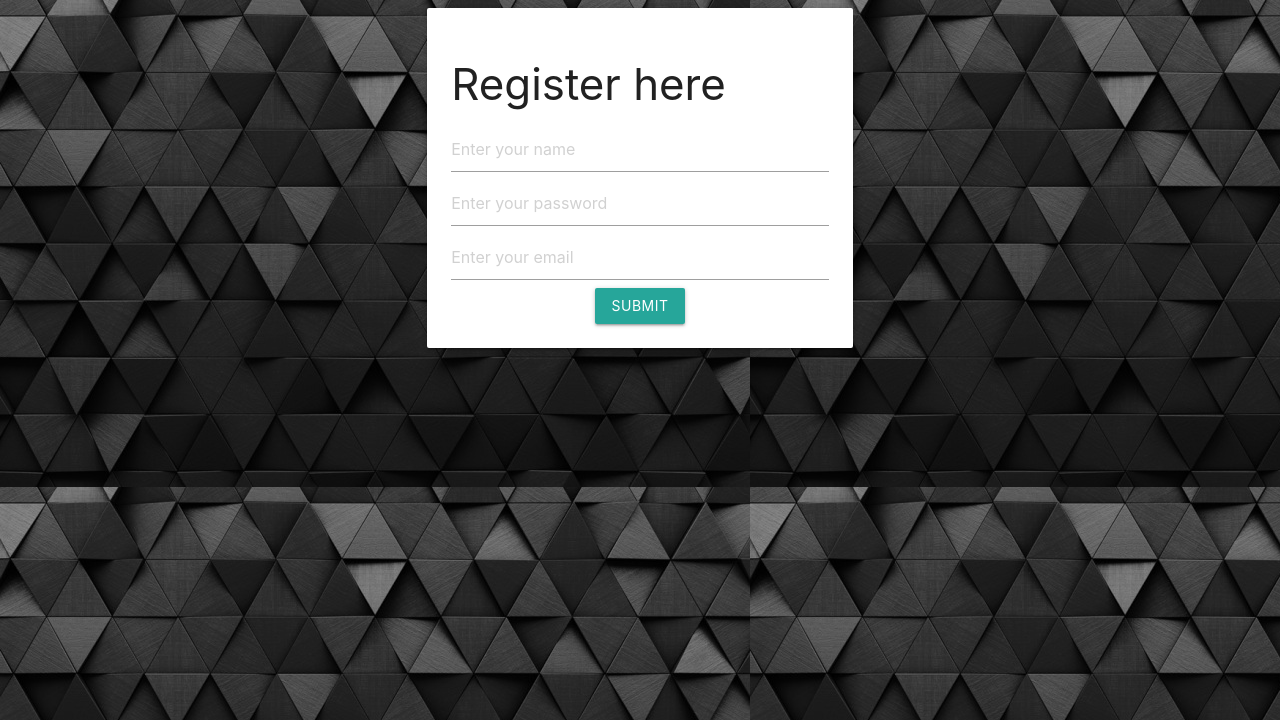
Repository: Attishgawali/JavaServletAndJSP
Page: http://localhost/Register/signup.jsp
These files come from the project's save history. The page is drawn as it stood at one moment and after the next save; the edit follows.
The browser window is 1280 px wide. The pictures show the whole page.
The page is served by Tomcat 9.

Above is the page before, as saved 2023-07-06 11:33:50.

### Register/src/main/webapp/signup.jsp
<%@ page language="java" contentType="text/html; charset=UTF-8"
	pageEncoding="UTF-8"%>
<!DOCTYPE html>
<html>
<head>
<meta charset="UTF-8">
<title>Insert title here</title>
<!-- Compiled and minified CSS -->
<link rel="stylesheet"
	href="https://cdnjs.cloudflare.com/ajax/libs/materialize/1.0.0/css/materialize.min.css">

<!-- Compiled and minified JavaScript -->
<script
	src="https://cdnjs.cloudflare.com/ajax/libs/materialize/1.0.0/js/materialize.min.js"></script>
</head>
<body style="background: url(image/shutterstock.jpg);background-size;background-attachment: fixed">
	<div class="container">
		<div class="row">
			<div class="col m6 offset-m3">
				<div class="card">
					<div class="card-content">
						<h3>Register here</h3>
						<div class="form center-align">
							<form action="register" method="post">
								<input type="text" name="username" placeholder="Enter your name">
								<input type="password" name="userpassword" placeholder="Enter your password">
								<input type="email" name="useremail" placeholder="Enter your email">

								<button type="submit" class="btn">Submit</button>
							</form>
						</div>

						<div class="loader">

						</div>
					</div>
				</div>
			</div>
		</div>
	</div>
</body>
</html>

After the next save:
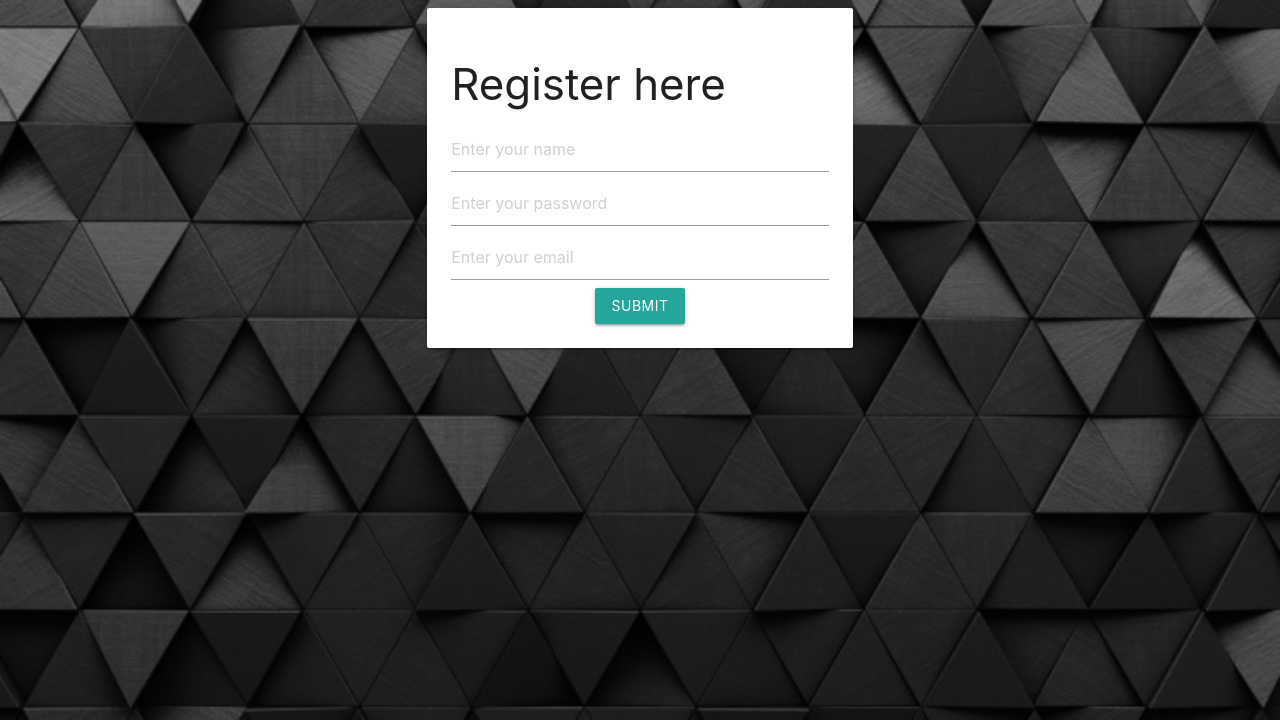
Saved 60 s later.
--- a/Register/src/main/webapp/signup.jsp
+++ b/Register/src/main/webapp/signup.jsp
@@ -13,7 +13,7 @@
 <script
 	src="https://cdnjs.cloudflare.com/ajax/libs/materialize/1.0.0/js/materialize.min.js"></script>
 </head>
-<body style="background: url(image/shutterstock.jpg);background-size;background-attachment: fixed">
+<body style="background: url(image/shutterstock.jpg);background-size: cover;background-attachment: fixed">
 	<div class="container">
 		<div class="row">
 			<div class="col m6 offset-m3">
